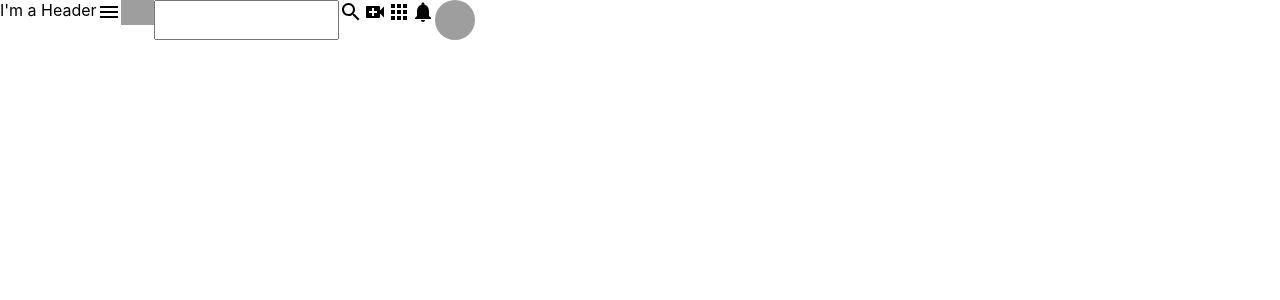
Repository: SubhashiniSundaresan/youtube-clone
Page: /
An editor plug-in stored every save of this project. The page is shown before and after the next save, followed by the edit.
The browser window is 1280 px wide. The pictures show the whole page.
Pictures or frames that could not be fetched are drawn as grey boxes. The project was rebuilt for these pictures with package versions that can differ from the ones it lists, and the page was loaded fresh each time. Also part of the build but not shown: src/App.css.

Above is the page before, as saved 2020-12-22 22:48:36.

After the next save:
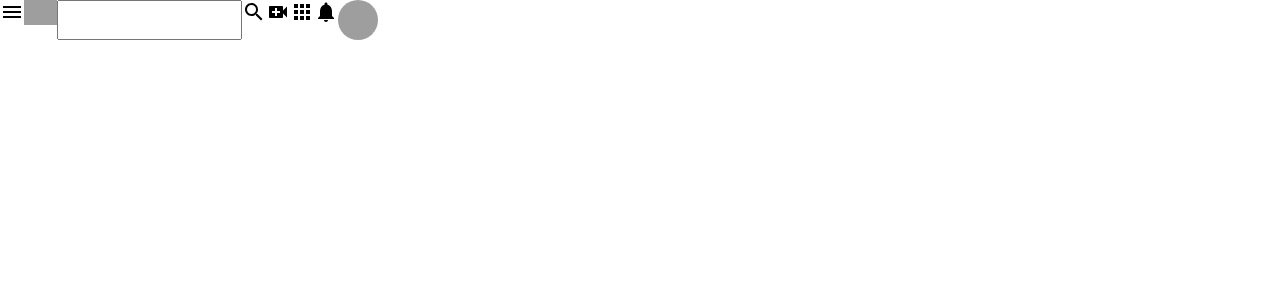
Saved 65 s later.
--- a/src/Header.js
+++ b/src/Header.js
@@ -7,7 +7,6 @@
 function Header() {
   return (
     <div className='header'>
-      <p>I'm a Header</p>
       <MenuIcon />
       <img
         className='header__logo'
